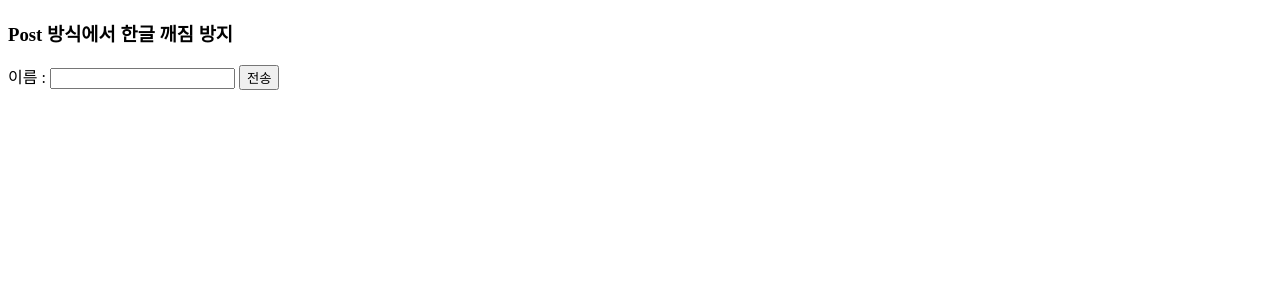
Repository: totesbk/JSP-
Page: http://localhost/web07/ex21_encoding.jsp
The author's editor kept a copy of each file at every save. The page is drawn from the files as they stood at one save, then again after the next save.
The browser window is 1280 px wide. The pictures show the whole page.
The page is served by Tomcat 9.

Above is the page before, as saved 2020-10-12 04:01:08.

After the next save:
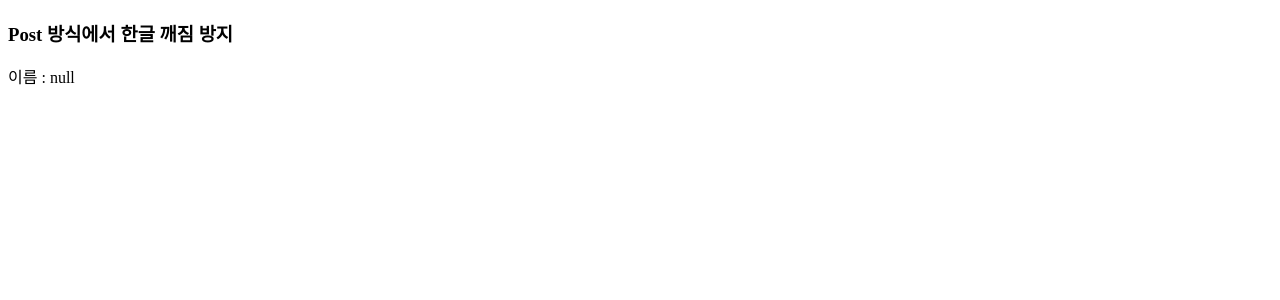
Saved 1 s later.
--- a/web07/WebContent/ex21_encoding.jsp
+++ b/web07/WebContent/ex21_encoding.jsp
@@ -8,9 +8,9 @@
 </head>
 <body>
 <h3>Post 방식에서 한글 깨짐 방지</h3>
-<form action="" method="POST">
-	이름 : <input type="text" name="name">
-	<input type="submit" value="전송">
-</form>
+<%
+request.setCharacterEncoding("UTF-8");
+%>
+이름 : <%=request.getParameter("name") %>
 </body>
 </html>
